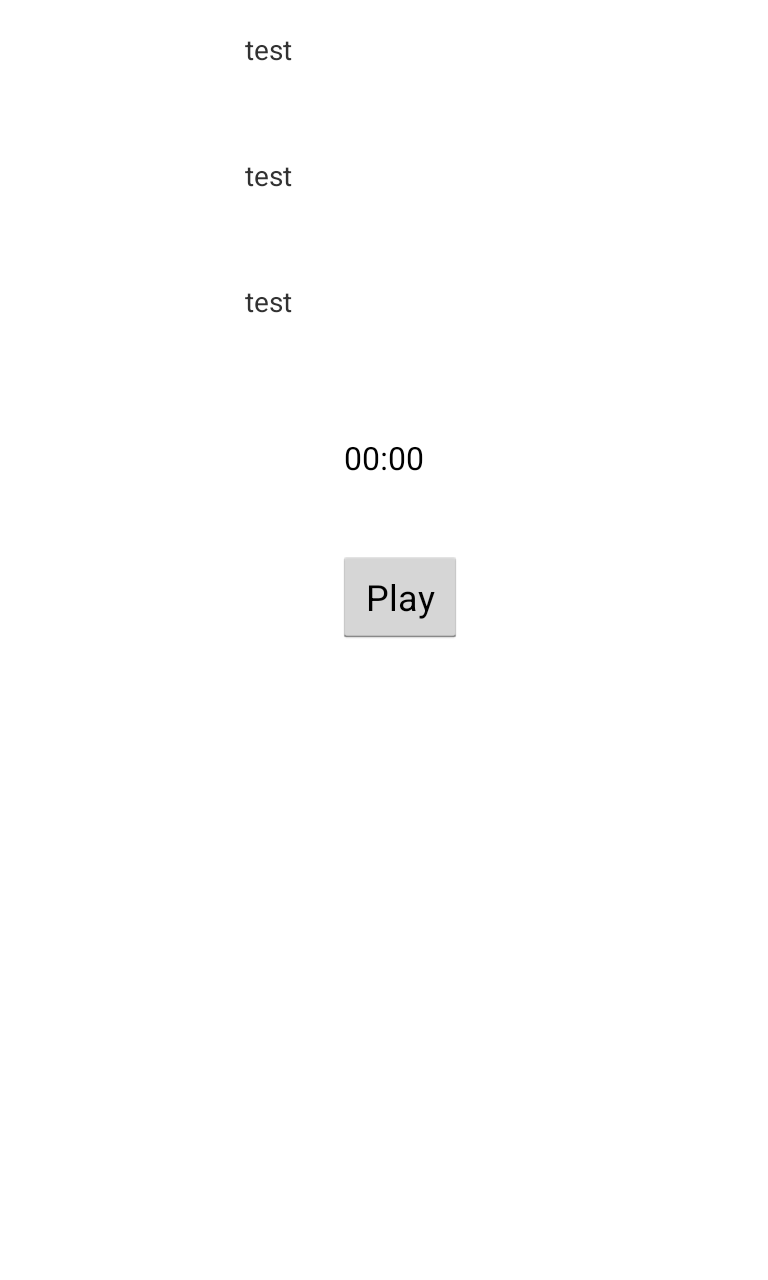
Repository: ragnarstolsmark/chartitles
Layout: workspace/Game of Thrones/GameOfThronesHelper/res/layout/activity_player.xml
These files come from the project's save history. The layout is drawn as it stood at one moment and after the next save; the edit follows.
It is drawn on a 768 x 1280 px phone screen (xhdpi) without system bars, with theme AppTheme; the app's code is not run.

Above is the layout before, as saved 2012-12-04 21:54:16.

After the next save:
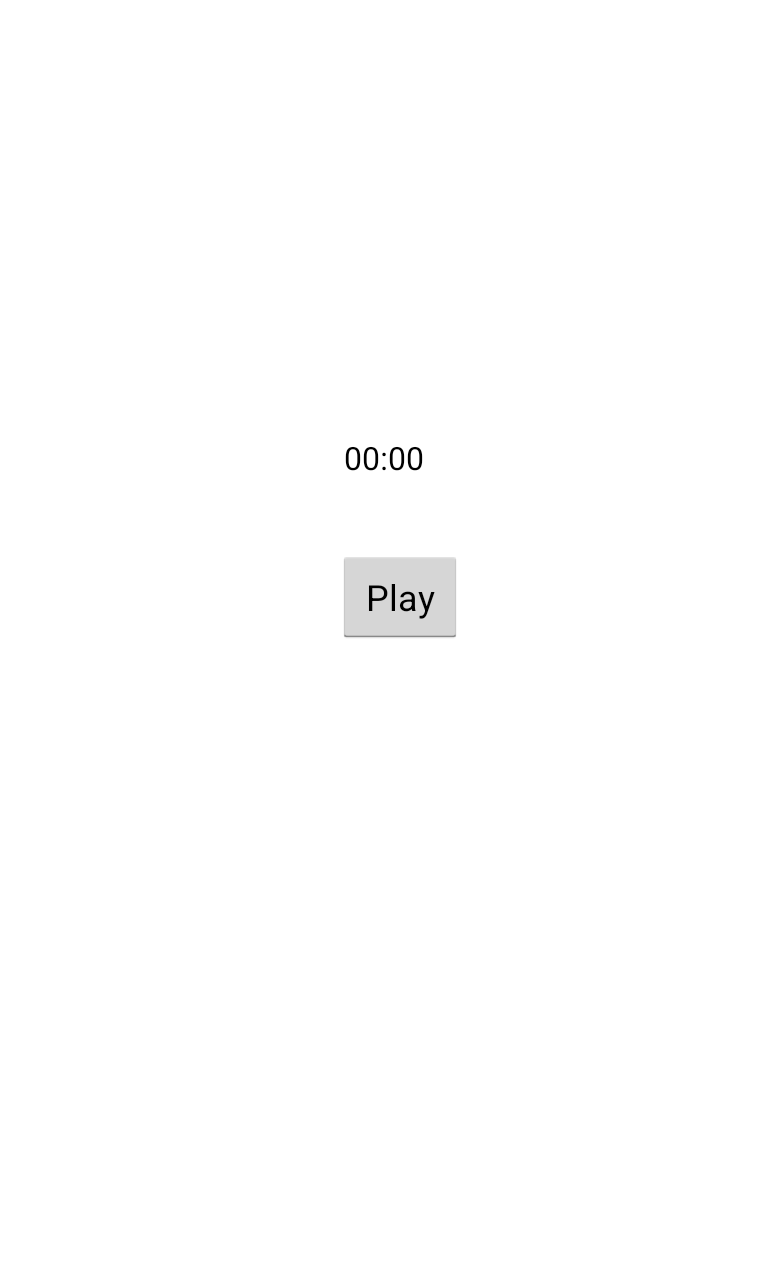
Saved 17 s later.
--- a/workspace/Game of Thrones/GameOfThronesHelper/res/layout/activity_player.xml
+++ b/workspace/Game of Thrones/GameOfThronesHelper/res/layout/activity_player.xml
@@ -58,8 +58,7 @@
         android:layout_height="wrap_content"
         android:layout_alignLeft="@+id/textView1"
         android:layout_alignTop="@+id/imageView2"
-        android:layout_marginTop="15dp"
-        android:text="test" />
+        android:layout_marginTop="15dp"/>
 
     <TextView
         android:id="@+id/textView1"
@@ -69,7 +68,7 @@
         android:layout_marginRight="22dp"
         android:layout_marginTop="15dp"
         android:layout_toLeftOf="@+id/imageView1"
-        android:text="test" />
+        />
 
     <TextView
         android:id="@+id/textView3"
@@ -78,6 +77,6 @@
         android:layout_alignLeft="@+id/textView2"
         android:layout_alignTop="@+id/imageView3"
         android:layout_marginTop="14dp"
-        android:text="test" />
+        />
 
 </RelativeLayout>

After the save that followed:
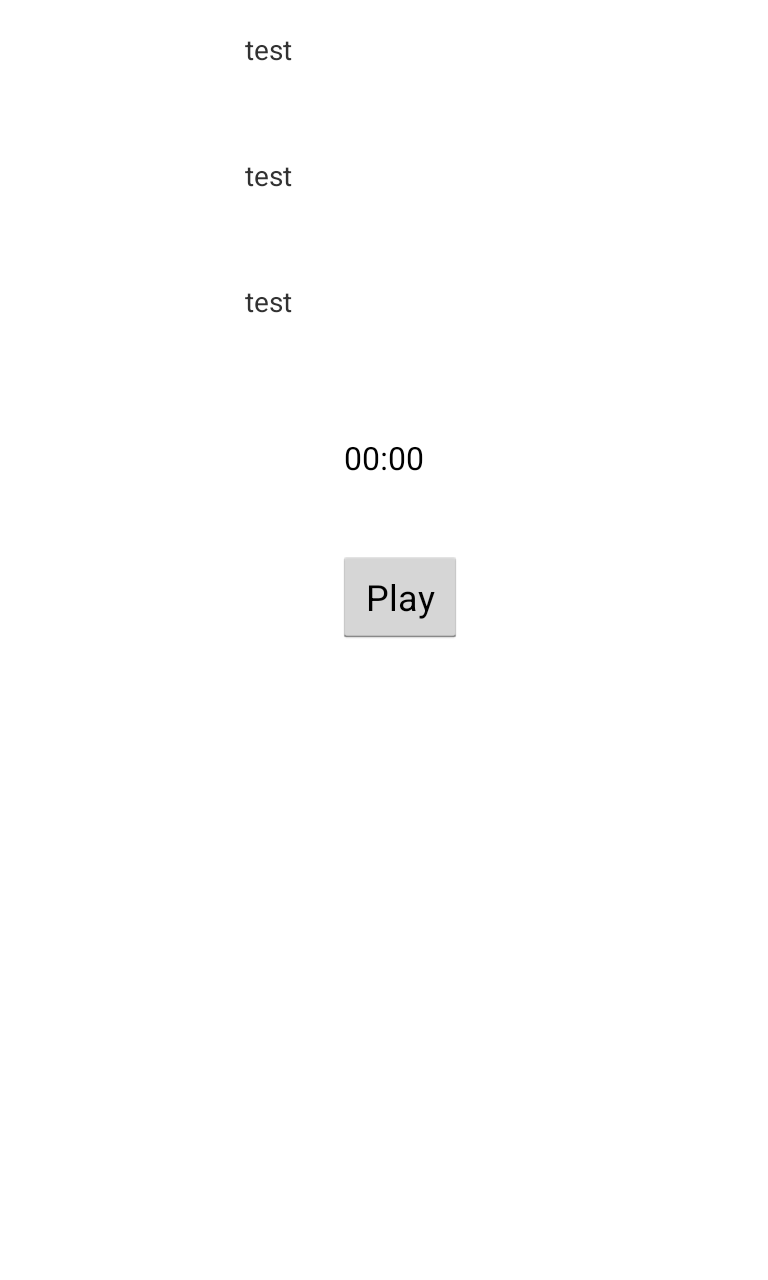
Saved 41 s later.
--- a/workspace/Game of Thrones/GameOfThronesHelper/res/layout/activity_player.xml
+++ b/workspace/Game of Thrones/GameOfThronesHelper/res/layout/activity_player.xml
@@ -58,7 +58,8 @@
         android:layout_height="wrap_content"
         android:layout_alignLeft="@+id/textView1"
         android:layout_alignTop="@+id/imageView2"
-        android:layout_marginTop="15dp"/>
+        android:layout_marginTop="15dp"
+        android:text="test" />
 
     <TextView
         android:id="@+id/textView1"
@@ -68,7 +69,7 @@
         android:layout_marginRight="22dp"
         android:layout_marginTop="15dp"
         android:layout_toLeftOf="@+id/imageView1"
-        />
+        android:text="test" />
 
     <TextView
         android:id="@+id/textView3"
@@ -77,6 +78,6 @@
         android:layout_alignLeft="@+id/textView2"
         android:layout_alignTop="@+id/imageView3"
         android:layout_marginTop="14dp"
-        />
+        android:text="test" />
 
 </RelativeLayout>
